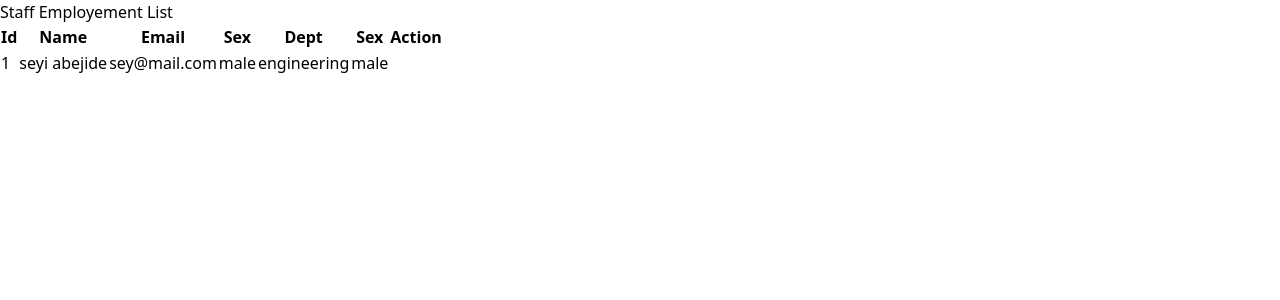
Repository: Semanmernstack/crud
Page: /
An editor plug-in stored every save of this project. The page is shown before and after the next save, followed by the edit.
The browser window is 1280 px wide. The pictures show the whole page.
The project was rebuilt for these pictures with package versions that can differ from the ones it lists, and the page was loaded fresh each time. Also part of the build but not shown: src/Details.js, src/Create.js, src/Edit.js.

Above is the page before, as saved 2022-12-23 02:46:08.

After the next save:
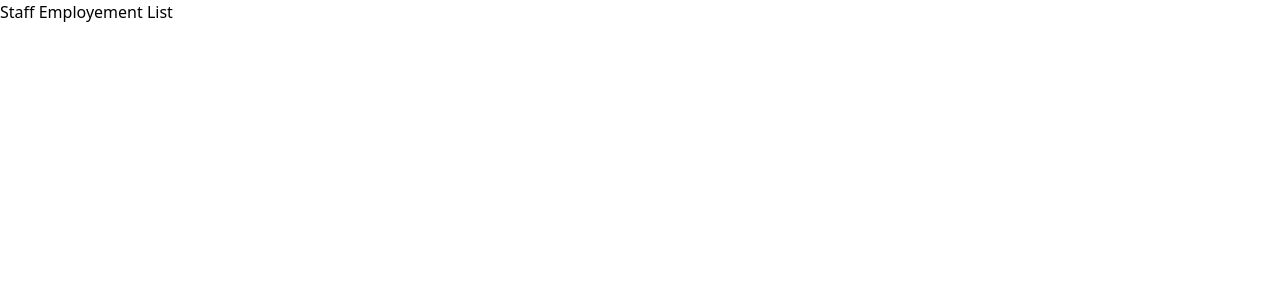
Saved 67 s later.
--- a/src/List.js
+++ b/src/List.js
@@ -6,7 +6,7 @@ function List() {
         <div>
             <p>Staff Employement List</p>
         </div>
-        <table className='table-auto '>
+        <table className="table-column">
             <thead>
             <tr className="">
                 <th>Id</th>

After the save that followed:
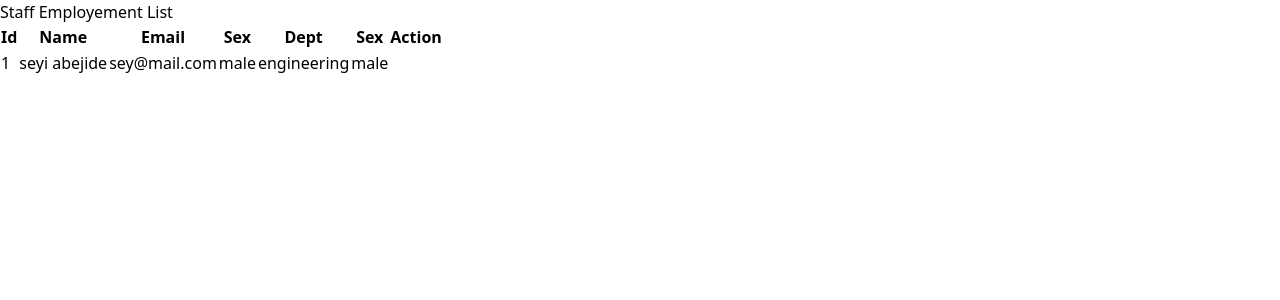
Saved 9 s later.
--- a/src/List.js
+++ b/src/List.js
@@ -6,7 +6,7 @@ function List() {
         <div>
             <p>Staff Employement List</p>
         </div>
-        <table className="table-column">
+        <table className="table-row">
             <thead>
             <tr className="">
                 <th>Id</th>
